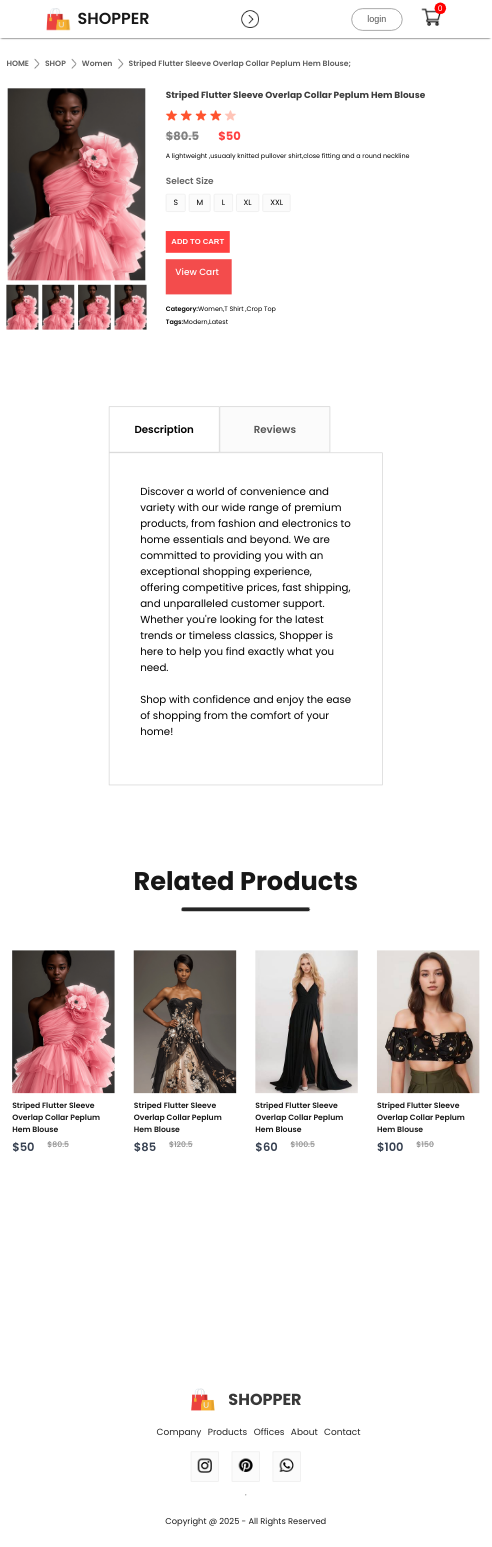
Repository: PayalJakhar/Shoppers-E-commerce-Website
Page: /product/1 (app in frontend/)
An editor plug-in stored every save of this project. The page is shown before and after the next save, followed by the edit.
The browser window is 768 px wide. The pictures show the whole page, at 64% of full size.
The project was rebuilt for these pictures with package versions that can differ from the ones it lists, and the page was loaded fresh each time. Also part of the build but not shown: frontend/src/App.css, frontend/src/Components/Hero/Hero.css, frontend/src/Components/Hero/Hero.jsx, frontend/src/Components/Popular/Popular.css, frontend/src/Components/Popular/Popular.jsx, frontend/src/Components/Offers/Offers.css, frontend/src/Components/Offers/Offers.jsx, frontend/src/Components/NewCollections/NewCollections.css and 12 more.

Above is the page before, as saved 2025-01-17 19:08:17.

After the next save:
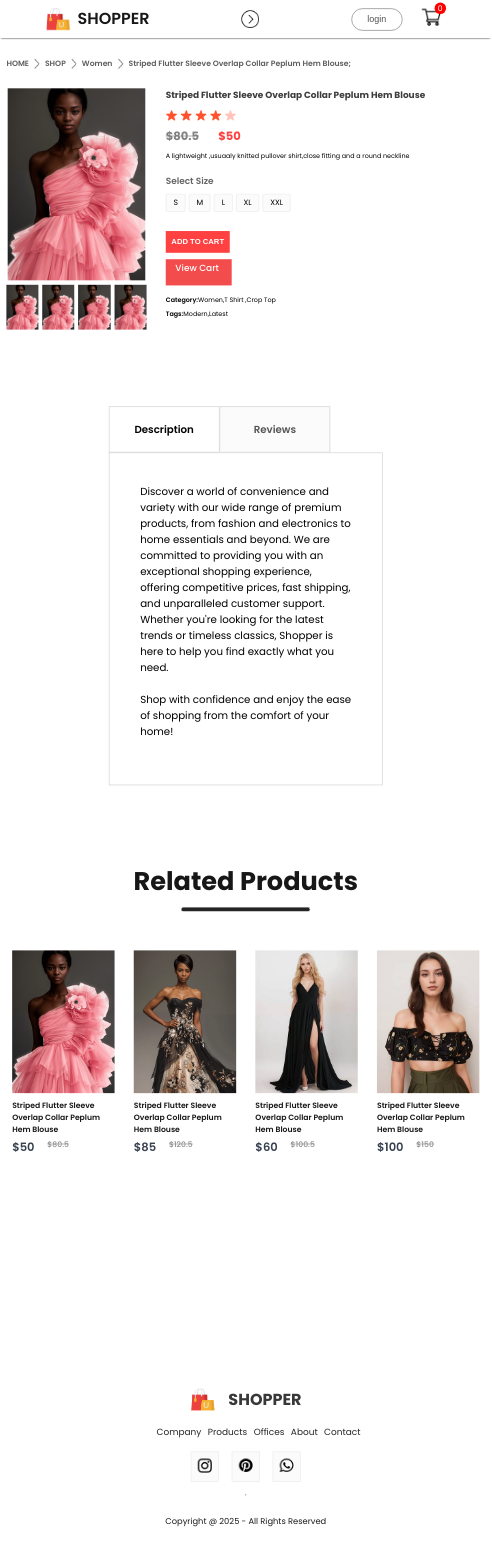
Saved 4 s later.
--- a/frontend/src/Components/ProductDisplay/ProductDisplay.css
+++ b/frontend/src/Components/ProductDisplay/ProductDisplay.css
@@ -324,7 +324,7 @@
 
     .view-cart-link{
         width: 88px;
-        padding: 10px 0px;
+        padding: 3px 0px;
         /* margin-bottom: 10px; */
         font-size: 14px;
         padding-left: 15px;
